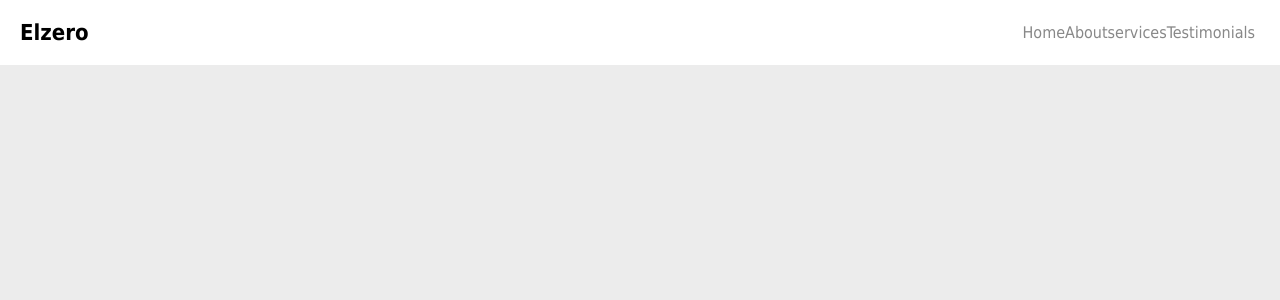
Repository: OmniaRafat232111121/challangeDom
Page: index.html
An editor plug-in stored every save of this project. The page is shown before and after the next save, followed by the edit.
The browser window is 1280 px wide. The pictures show the whole page.

Above is the page before, as saved 2022-10-26 11:31:06.

After the next save:
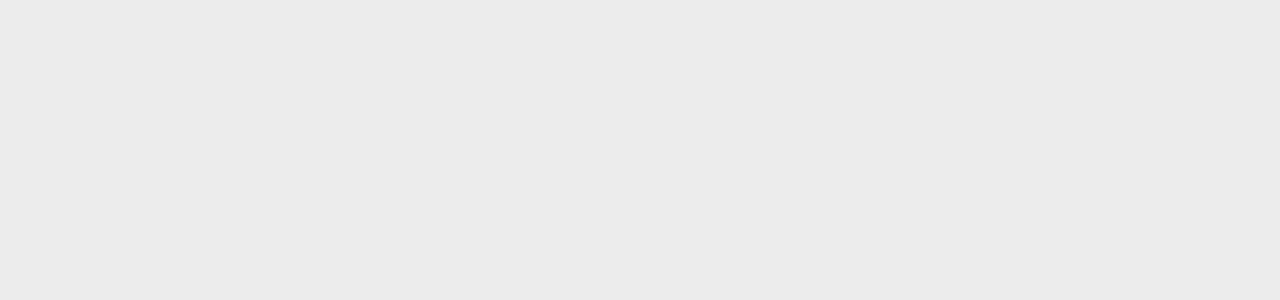
Console error: ReferenceError: li4 is not defined
Saved 39 s later.
--- a/main.js
+++ b/main.js
@@ -13,30 +13,7 @@
 let ul = document.createElement("ul")
 ul.className = "menu"
 ul.style.cssText = "padding: 0px; margin: 0px; display: flex; list-style: none; color: rgb(136, 136, 136)"
-let li1=document.createElement('li');
-li1.style.cssText="padding-right:20px";
-let li1Text=document.createTextNode("Home");
-li1.appendChild(li1Text);
-ul.appendChild(li1)
 
-let li2=document.createElement('li');
-li1.style.cssText="padding-right:20px";
-let li2Text=document.createTextNode("About");
-li1.appendChild(li2Text);
-ul.appendChild(li2)
-
-
-
-let li3=document.createElement('li');
-li1.style.cssText="padding-right:20px";
-let li3Text=document.createTextNode("services");
-li1.appendChild(li3Text);
-ul.appendChild(li3)
-
-let li4=document.createElement('li');
-li1.style.cssText="padding-right:5px";
-let li4Text=document.createTextNode("Testimonials");
-li1.appendChild(li4Text);
 ul.appendChild(li4)
 logoDiv.appendChild(logoText)
 header.appendChild(logoDiv)

After the 3 saves that followed:
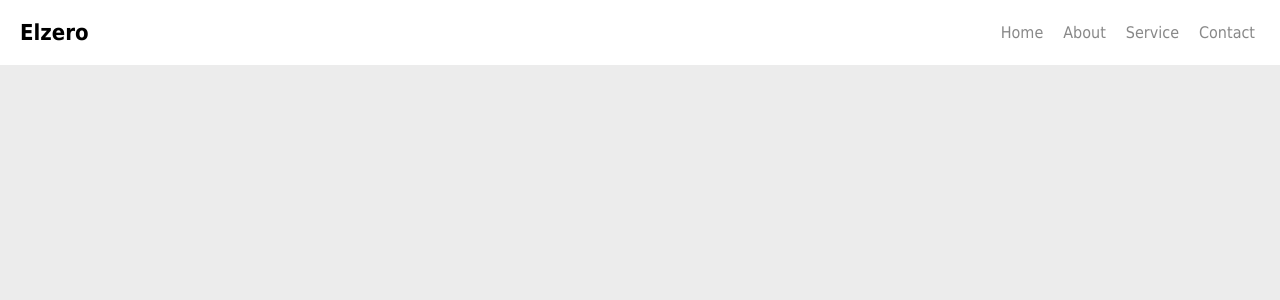
The error is gone.
The 3 saves are shown as one change because they came seconds apart.
The last was saved 6 s later.
--- a/main.js
+++ b/main.js
@@ -14,7 +14,33 @@
 ul.className = "menu"
 ul.style.cssText = "padding: 0px; margin: 0px; display: flex; list-style: none; color: rgb(136, 136, 136)"
 
+let li1 = document.createElement("li")
+li1.style.cssText = "padding-right: 20px"
+let li1Text = document.createTextNode("Home")
+let li2 = document.createElement("li")
+li2.style.cssText = "padding-right: 20px"
+let li2Text = document.createTextNode("About")
+let li3 = document.createElement("li")
+li3.style.cssText = "padding-right: 20px"
+let li3Text = document.createTextNode("Service")
+let li4 = document.createElement("li")
+li4.style.cssText = "padding-right: 5px"
+let li4Text = document.createTextNode("Contact")
+
+li1.appendChild(li1Text)
+li2.appendChild(li2Text)
+li3.appendChild(li3Text)
+li4.appendChild(li4Text)
+ul.appendChild(li1)
+ul.appendChild(li2)
+ul.appendChild(li3)
 ul.appendChild(li4)
+
+logoDiv.appendChild(logoText)
+
+header.appendChild(logoDiv)
+header.appendChild(ul)
+
 logoDiv.appendChild(logoText)
 header.appendChild(logoDiv)
 header.appendChild(ul)
